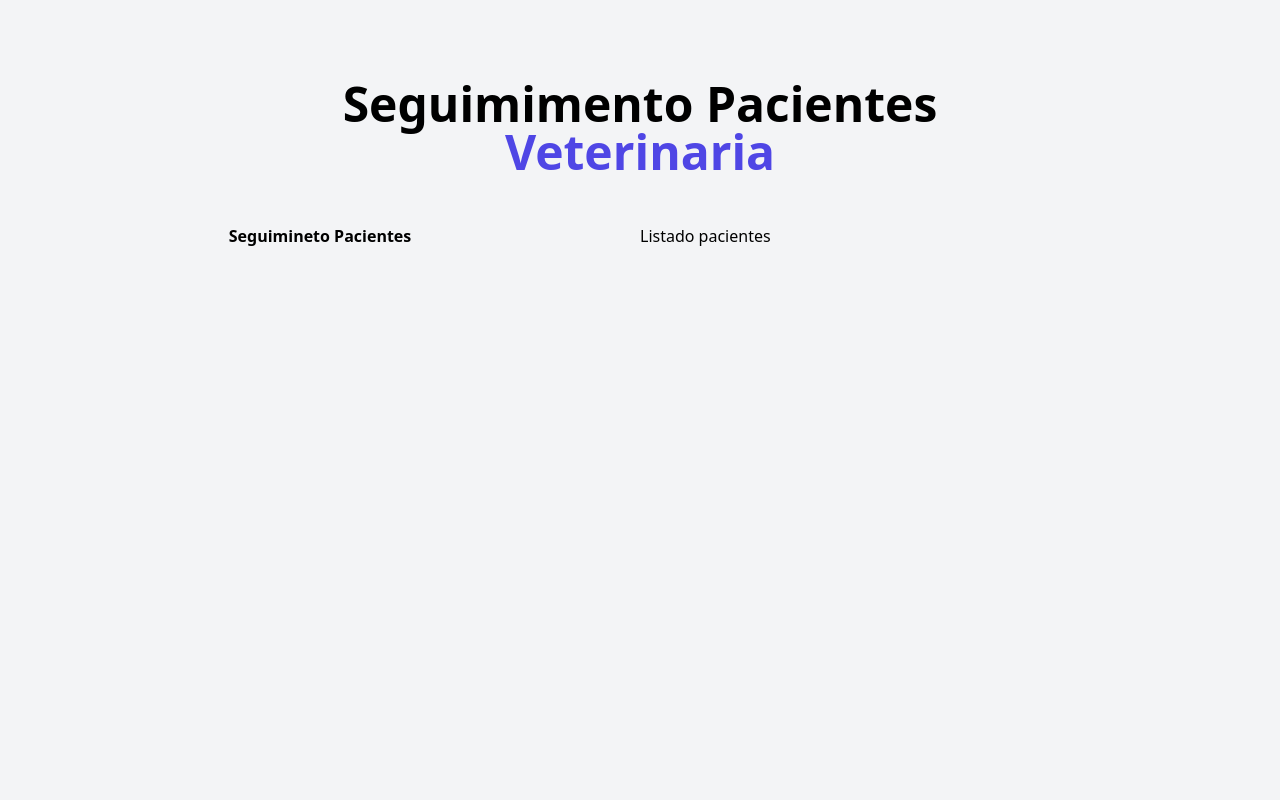
Repository: rlaureano/citas_react
Page: /
These files come from the project's save history. The page is drawn as it stood at one moment and after the next save; the edit follows.
The browser window is 1280 px wide. The pictures show the whole page.
The project was rebuilt for these pictures with package versions that can differ from the ones it lists, and the page was loaded fresh each time. Also part of the build but not shown: vite.config.js.

Above is the page before, as saved 2022-01-11 22:02:31.

After the next save:
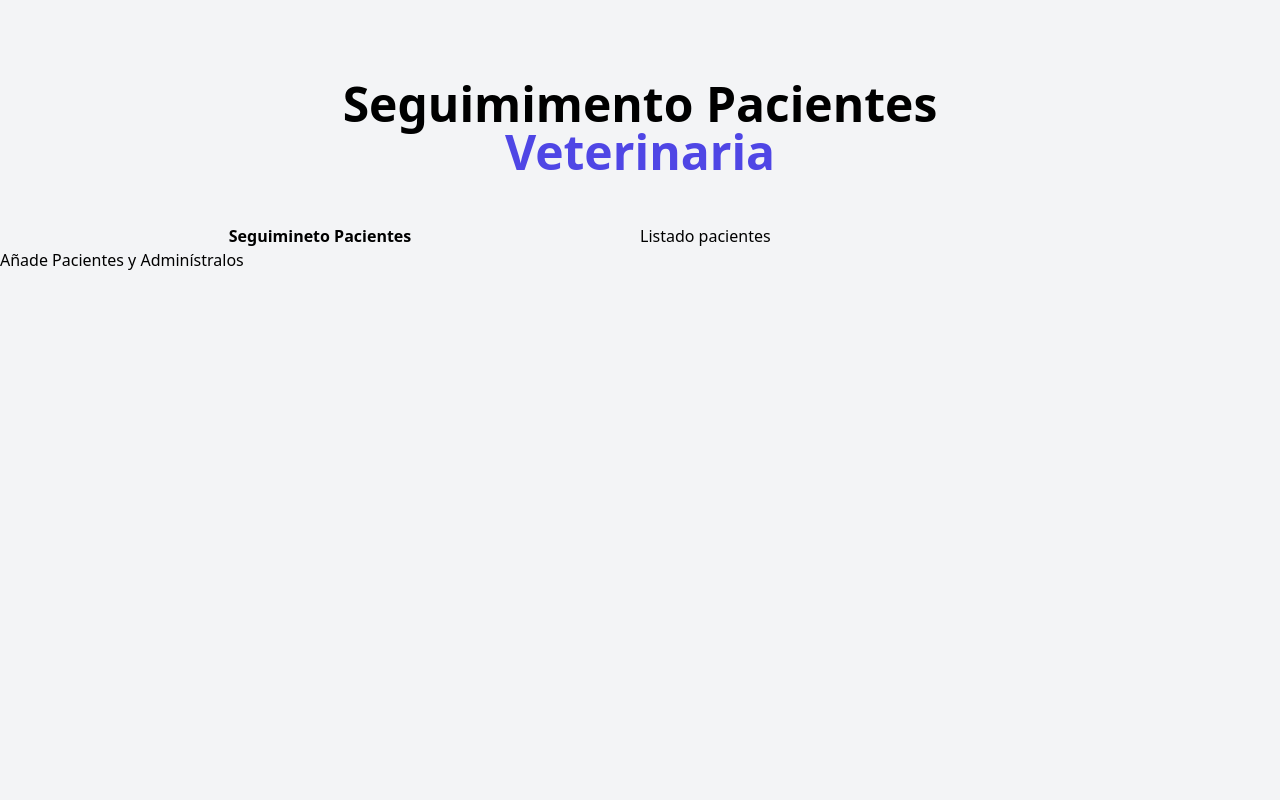
Saved 46 s later.
--- a/src/components/Formulario.jsx
+++ b/src/components/Formulario.jsx
@@ -4,6 +4,10 @@ const Formulario = () => {
   return (
     <div className="md:w-1/2 lg:w2/5">
       <h2 className="font-black text-3x1 text-center">Seguimineto Pacientes</h2>
+      <p>
+        Añade Pacientes y {''}
+        <span>Adminístralos</span>
+      </p>
     </div>
   )
 }
